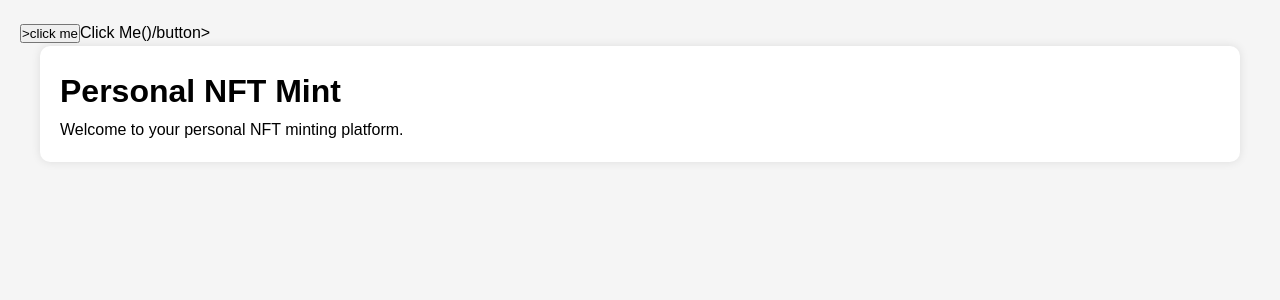
Repository: Ch3fC0d3/-MACT6340
Page: index.html
The author's editor kept a copy of each file at every save. The page is drawn from the files as they stood at one save, then again after the next save.
The browser window is 1280 px wide. The pictures show the whole page.

Above is the page before, as saved 2025-01-15 09:59:26.

### index.html
<!DOCTYPE html>
<html>
<head>
    <meta charset="UTF-8">
    <meta http-equiv="content-type" content="text/html; charset=utf-8" />
    <meta name="viewport" content="width=device-width, initial-scale=1.0">
    <link rel="icon" type="image/x-icon" href="./images/favicon.ico">
    <title>Personal NFT Mint</title>
    <meta name="author" content="David G. Smith">
    <meta name="description" content="A personal NFT mint for an artist.">
    <link rel="stylesheet" href="./CSS/style.css">
</head>
<body>
    <button id="TestButton">>click me </button>Click Me()/button>
    <script type="module" src="./js/index.js"></script>
</body>
</html>

### CSS/style.css
* {
    margin: 0;
    padding: 0;
    box-sizing: border-box;
}

body {
    font-family: Arial, sans-serif;
    line-height: 1.6;
    padding: 20px;
    background-color: #f5f5f5;
}

.container {
    max-width: 1200px;
    margin: 0 auto;
    padding: 20px;
    background-color: white;
    border-radius: 10px;
    box-shadow: 0 0 10px rgba(0,0,0,0.1);
}

### js/index.js
// Main application logic
document.addEventListener('DOMContentLoaded', () => {
    const app = document.createElement('div');
    app.className = 'container';

    const header = document.createElement('h1');
    header.textContent = 'Personal NFT Mint';

    const description = document.createElement('p');
    description.textContent = 'Welcome to your personal NFT minting platform.';

    app.appendChild(header);
    app.appendChild(description);
    document.body.appendChild(app);
});

After the next save:
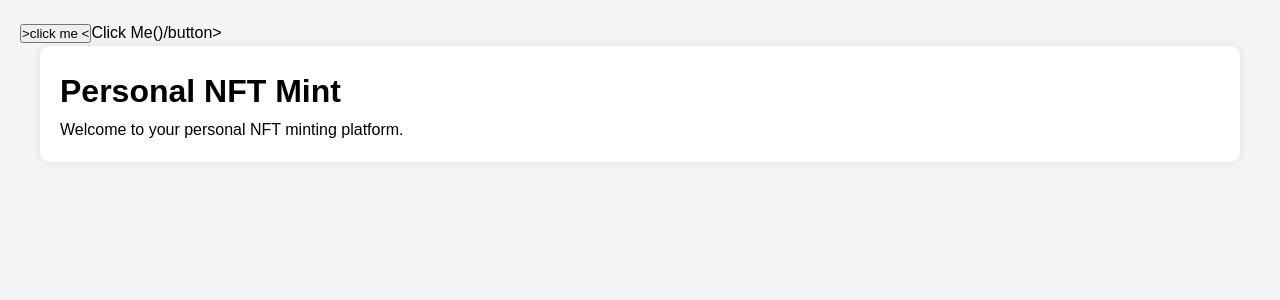
Saved 5 s later.
--- a/index.html
+++ b/index.html
@@ -11,7 +11,7 @@
     <link rel="stylesheet" href="./CSS/style.css">
 </head>
 <body>
-    <button id="TestButton">>click me </button>Click Me()/button>
+    <button id="TestButton">>click me <</button>Click Me()/button>
     <script type="module" src="./js/index.js"></script>
 </body>
 </html>

After the save that followed:
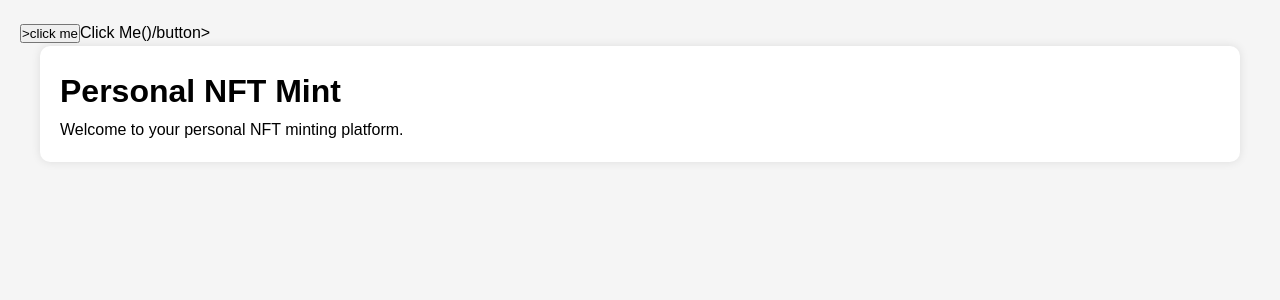
Saved 11 s later.
--- a/index.html
+++ b/index.html
@@ -11,7 +11,7 @@
     <link rel="stylesheet" href="./CSS/style.css">
 </head>
 <body>
-    <button id="TestButton">>click me <</button>Click Me()/button>
+    <button id="TestButton">>click me</button>Click Me()/button>
     <script type="module" src="./js/index.js"></script>
 </body>
 </html>
